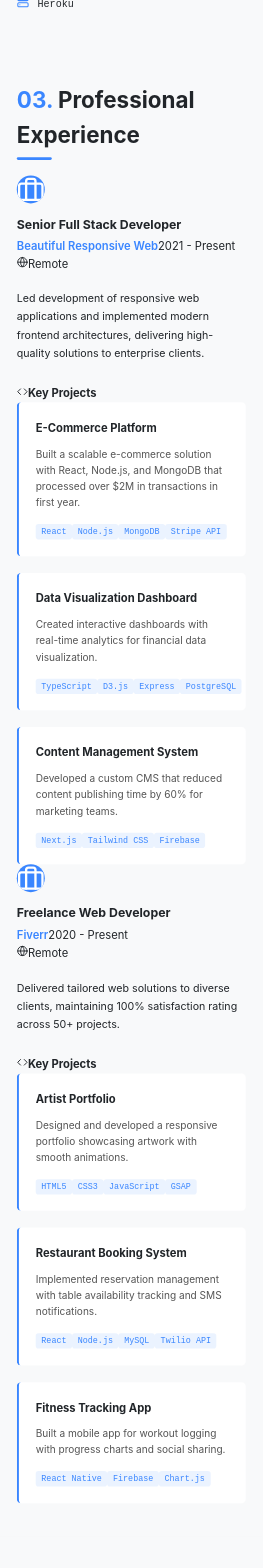
Repository: Bojurie/Portfolio_2022
Page: /
The author's editor kept a copy of each file at every save. The page is drawn from the files as they stood at one save, then again after the next save.
The browser window is 375 px wide. The pictures show the part of the page from y = 2812 to 5052 px (the page is 8565 px tall before and 9116 px after), at 70% of full size.
The project was rebuilt for these pictures with package versions that can differ from the ones it lists, and the page was loaded fresh each time. Also part of the build but not shown: src/component/pages/Resume.css, src/component/pages/Resume.js. Imported but missing from the stored project, and not drawn on this page: src/component/Resume.pdf, src/component/images/video.mp4, src/component/videos/Screen Recording 2022-04-01 at 8.22.57 PM.mov, src/component/videos/Screen Recording 2022-04-01 at 8.23.25 PM.mov, src/component/videos/Screen Recording 2022-04-01 at 8.25.20 PM.mov, src/component/videos/Screen Recording 2022-04-01 at 8.27.28 PM.mov, src/component/videos/Screen Recording 2022-04-01 at 8.28.35 PM.mov, src/component/videos/Screen Recording 2022-04-01 at 8.30.37 PM.mov and 3 more.

Above is the page before, as saved 2025-04-22 05:48:31.

After the next save:
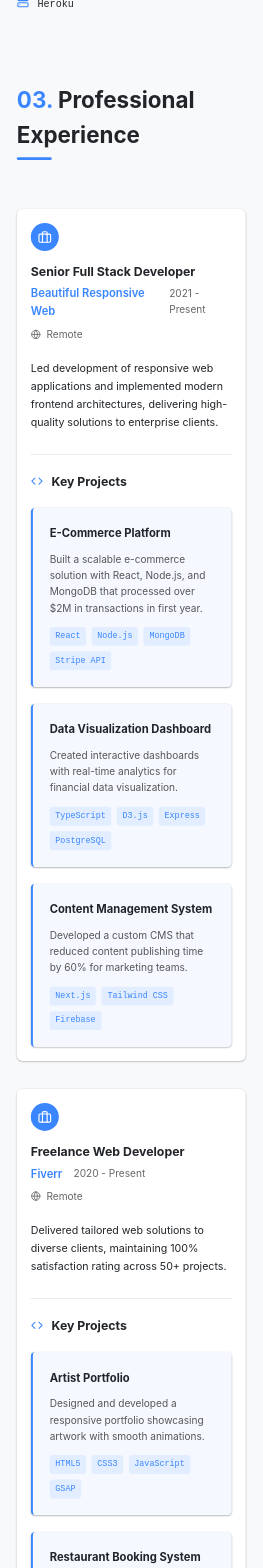
Saved 18 s later.
--- a/src/component/pages/Experience.css
+++ b/src/component/pages/Experience.css
@@ -1,51 +1,35 @@
 /* Experience Section */
 .experience {
+  padding: 5rem 0;
   background-color: var(--light-color);
-  color: var(--dark-color);
 }
 
-.experience-timeline {
-  position: relative;
-  max-width: 900px;
-  margin: 0 auto;
-  padding: 2rem 0;
+.experience-container {
+  display: flex;
+  flex-direction: column;
+  gap: 2.5rem;
+  margin-top: 3rem;
 }
 
-.experience-timeline::before {
-  content: '';
-  position: absolute;
-  top: 0;
-  left: 50%;
-  transform: translateX(-50%);
-  width: 2px;
-  height: 100%;
-  background: var(--primary-color);
-  opacity: 0.2;
-}
-
-.experience-item {
-  position: relative;
-  margin-bottom: 3rem;
-  padding: 2rem;
+.experience-card {
   background: white;
   border-radius: 8px;
+  padding: 2rem;
   box-shadow: var(--shadow-sm);
   transition: var(--transition);
 }
 
-.experience-item:hover {
-  transform: translateY(-5px);
+.experience-card:hover {
   box-shadow: var(--shadow-md);
 }
 
 .experience-header {
   display: flex;
-  align-items: flex-start;
   gap: 1.5rem;
   margin-bottom: 1.5rem;
 }
 
-.experience-icon {
+.experience-icon-container {
   display: flex;
   align-items: center;
   justify-content: center;
@@ -54,64 +38,74 @@
   border-radius: 50%;
   background: var(--primary-color);
   color: white;
-  font-size: 1.5rem;
   flex-shrink: 0;
 }
 
-.experience-meta {
+.experience-icon {
+  font-size: 1.25rem;
+}
+
+.experience-info {
   flex: 1;
 }
 
 .experience-role {
   font-size: 1.25rem;
+  color: var(--dark-color);
   margin-bottom: 0.25rem;
-  color: var(--dark-color);
+}
+
+.experience-company-period {
+  display: flex;
+  gap: 1rem;
+  margin-bottom: 0.5rem;
 }
 
 .experience-company {
   font-weight: 600;
   color: var(--primary-color);
-  margin-bottom: 0.5rem;
 }
 
-.experience-details {
-  display: flex;
-  flex-wrap: wrap;
-  gap: 1rem;
+.experience-period {
+  color: #666;
   font-size: 0.9rem;
-  color: #666;
 }
 
-.experience-detail {
+.experience-location {
   display: flex;
   align-items: center;
-  gap: 0.25rem;
+  gap: 0.5rem;
+  color: #666;
+  font-size: 0.9rem;
+}
+
+.location-icon {
+  font-size: 0.9rem;
 }
 
 .experience-description {
+  line-height: 1.7;
   margin-bottom: 2rem;
-  line-height: 1.7;
+  color: var(--dark-color);
 }
 
 /* Projects Section */
-.projects-title {
+.projects-section {
+  border-top: 1px solid rgba(0, 0, 0, 0.1);
+  padding-top: 1.5rem;
+}
+
+.projects-heading {
+  display: flex;
+  align-items: center;
+  gap: 0.75rem;
   font-size: 1.1rem;
   margin-bottom: 1.5rem;
   color: var(--dark-color);
-  position: relative;
-  padding-left: 1.5rem;
 }
 
-.projects-title::before {
-  content: '';
-  position: absolute;
-  left: 0;
-  top: 50%;
-  transform: translateY(-50%);
-  width: 8px;
-  height: 8px;
-  border-radius: 50%;
-  background: var(--primary-color);
+.projects-icon {
+  color: var(--primary-color);
 }
 
 .projects-grid {
@@ -121,29 +115,17 @@
 }
 
 .project-card {
-  background: white;
+  background: rgba(58, 134, 255, 0.05);
   border-radius: 6px;
   padding: 1.5rem;
   border-left: 3px solid var(--primary-color);
-  box-shadow: var(--shadow-xs);
   transition: var(--transition);
 }
 
-.project-card:hover {
-  box-shadow: var(--shadow-sm);
-}
-
 .project-title {
-  display: flex;
-  align-items: center;
-  gap: 0.5rem;
   font-size: 1rem;
   margin-bottom: 0.75rem;
   color: var(--dark-color);
-}
-
-.project-title svg {
-  color: var(--primary-color);
 }
 
 .project-description {
@@ -153,7 +135,7 @@
   color: #555;
 }
 
-.project-technologies {
+.technologies-container {
   display: flex;
   flex-wrap: wrap;
   gap: 0.5rem;
@@ -170,11 +152,11 @@
 
 /* Responsive Styles */
 @media (max-width: 768px) {
-  .experience-timeline::before {
-    left: 30px;
+  .experience {
+    padding: 3rem 0;
   }
 
-  .experience-item {
+  .experience-card {
     padding: 1.5rem;
   }
 
@@ -183,10 +165,9 @@
     gap: 1rem;
   }
 
-  .experience-icon {
+  .experience-icon-container {
     width: 40px;
     height: 40px;
-    font-size: 1.25rem;
   }
 
   .projects-grid {
@@ -195,7 +176,7 @@
 }
 
 @media (max-width: 576px) {
-  .experience-item {
+  .experience-card {
     padding: 1.25rem;
   }
 
